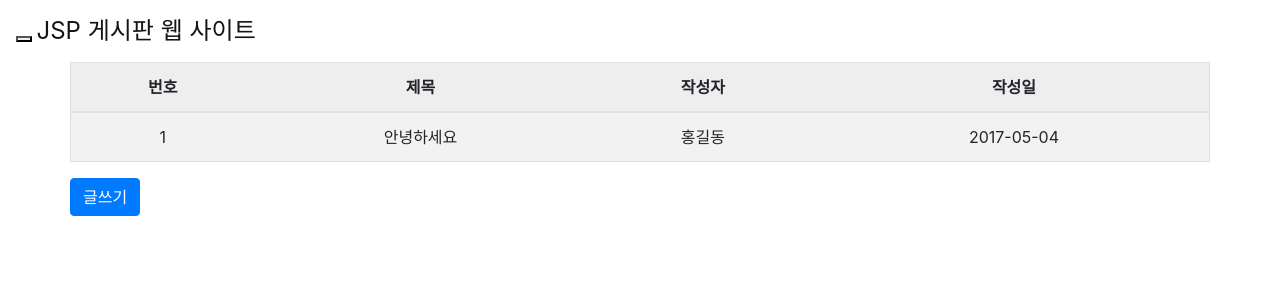
Repository: Toriikk/TEAM2_JSP_Project
Page: http://localhost/COBS/qna/qnalist.jsp
These files come from the project's save history. The page is drawn as it stood at one moment and after the next save; the edit follows.
The browser window is 1280 px wide. The pictures show the whole page.
Some web libraries are served in a nearby version. The page is served by Tomcat 9.

Above is the page before, as saved 2022-07-22 07:25:20.

After the next save:
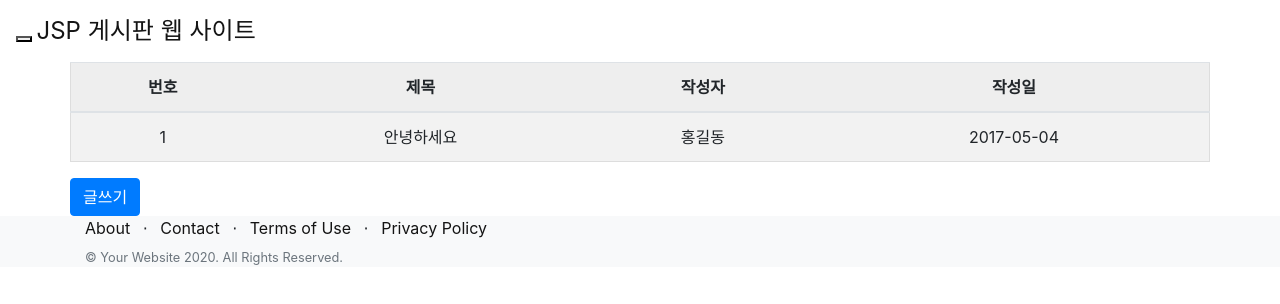
Saved 35 s later.
--- a/COBS/WebContent/qna/qnalist.jsp
+++ b/COBS/WebContent/qna/qnalist.jsp
@@ -93,3 +93,4 @@
 	<script src="js/bootstrap.js"></script>
 </body>
 </html>
+<%@ include file="/include/footer.jsp" %>
